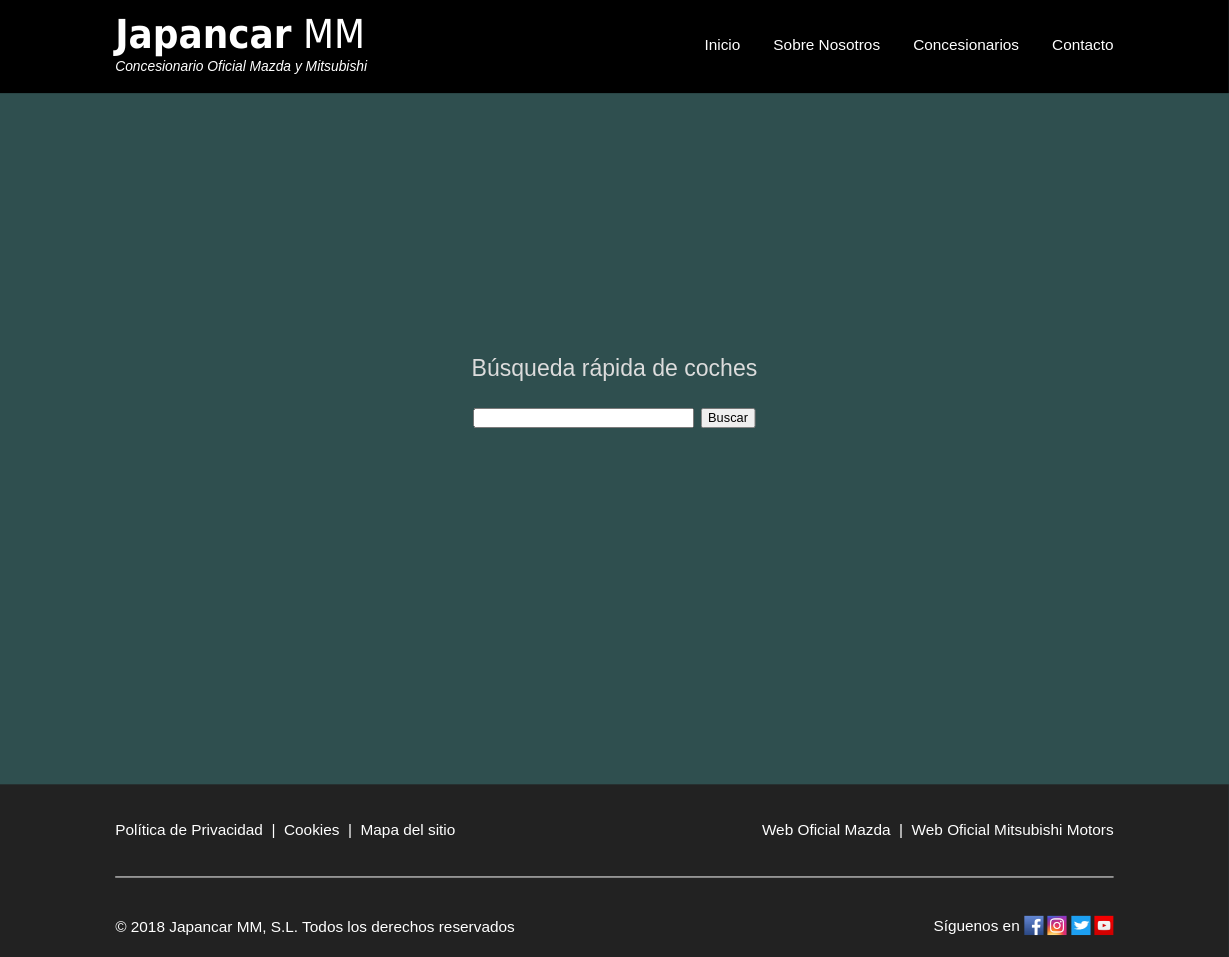
Repository: fjrm/Proyecto_1
Page: PruebaEE/WebContent/envioPost.html
These files come from the project's save history. The page is drawn as it stood at one moment and after the next save; the edit follows.
The browser window is 1280 px wide. The pictures show the whole page, at 96% of full size.
Some web libraries are served in a nearby version.

Above is the page before, as saved 2018-12-04 18:15:36.

### PruebaEE/WebContent/envioPost.html
<!DOCTYPE html>
<html lang="en">
<head>
	<meta charset="UTF-8">
	<meta name="description" content="Japancar MM, distribuidor oficial de Mazda y Mitsubishi en Barcelona">
	<meta name="keywords" content="Japancar MM, Mazda, Mitsubishi, Barcelona">
	<title>Japancar MM | Búsqueda rápida de coches</title>
	<link rel="stylesheet" href="css/reset.css">
	<link rel="stylesheet" href="css/style.css">
	<link rel="stylesheet" href="https://use.fontawesome.com/releases/v5.3.1/css/all.css" integrity="sha384-mzrmE5qonljUremFsqc01SB46JvROS7bZs3IO2EmfFsd15uHvIt+Y8vEf7N7fWAU" crossorigin="anonymous">
	<meta name="viewport" content="width=device-width, user-scalable=no, initial-scale=1.0, maximum-scale=1.0, minimum-scale=1.0">
	<style>
		main{
			color: #DCDCDC;
			font-size: 1.5em;
			text-align: center;
			padding-top: 275px;
      		padding-right: 0px;
      		padding-bottom: 275px;
      		padding-left: 0px;
		}

		.large{
			width: 230px;
		}

		body{
      		/*background-image: url(img/01.jpg);
      		background-repeat: no-repeat;
      		background-position: bottom;
      		background-size: 125% 100%;*/
      		background-color: #2F4F4F;
      	}
	</style>
</head>
<body>
	<div id="wrapper">
		<header>
			<div class="logo">
				<h1><span>Japancar</span> MM</h1>
				<p>Concesionario Oficial Mazda y Mitsubishi</p>
			</div>
			<nav>
				<ul>
					<li><a href="index.html">Inicio<hr></a></li>
					<li><a href="SobreNosostros.html">Sobre Nosotros<hr></a></li>
					<li><a href="Concesionarios.html">Concesionarios<hr></a></li>
					<li><a href="Contacto.html">Contacto<hr></a></li>
				</ul>
			</nav>
		</header>
		<main>
			Búsqueda rápida de coches
			<br/>
			<br/>
			<form name="formulario" action= "/PruebaEE/consultacochesservlet" method="post">
			<input type="text" name="user" value="libre" style="display:none"/>
			<!--Usuario<br/-->
		    <input type="password" name="password" value="libre" style="display:none"/>
		    <!--Contraseña<br/-->
			<input type="text" name="title" class="large"/>
			<input type="submit" name="validar" value="Buscar"/>
			</form>
			<br/>
			<br/>
			<br/>
			<br/>
		</main>
		<footer>
			<section>
				<div class="menu_footer1">
					<a href="Privacidad.html">Política de Privacidad</a> &nbsp|&nbsp <a href="Cookies.html">Cookies</a> &nbsp|&nbsp <a href="MapaDelSitio.html">Mapa del sitio</a>
				</div>
				<div class="menu_footer2">
					<a href="https://www.mazda.es/">Web Oficial Mazda</a> &nbsp|&nbsp <a href="https://www.mitsubishi-motors.es">Web Oficial Mitsubishi Motors</a>
				</div>
			</section>
			<div class="linea">
				<p class="copyright">&copy; 2018 Japancar MM, S.L. Todos los derechos reservados</p>
				<div class="redes">
					<p>Síguenos en</p>
					<ul>
						<li>
							<a href="https://es-es.facebook.com/"><img src="img/Facebook.jpg" alt="Facebook"></a>
						</li>
						<li>
							<a href="https://www.instagram.com/?hl=es"><img src="img/Instagram.jpg" alt="Instagram"></a>
						</li>
						<li>
							<a href="https://twitter.com/?lang=es"><img src="img/Twitter.jpg" alt="Twitter"></a>
						</li>
						<li>
							<a href="https://www.youtube.com/?gl=ES&hl=es"><img src="img/Youtube.jpg" alt="Youtube"></a>
						</li>
					</ul>
				</div>
			</div>
		</footer>
	</div>
</body>
</html>

### PruebaEE/WebContent/css/style.css
body{
	background-color: #FFFFFF;
	color: #000000;
	font-family: sans-serif;
	font-size: 1em;
}

*{
	box-sizing: border-box;
}

a{
	text-decoration: none;
	color: inherit;
}

#wrapper{
	margin: 0 auto;
	width: 100%;
}



/*HEADER*/

#wrapper>header{
	background-color: #000000;
	color: #FFFFFF;
	overflow: auto;
	padding-top: 15px;
	padding-right: 120px;
	padding-bottom: 15px;
	padding-left: 120px;
}

.logo{
	float: left;
}

.logo>h1{
	font-family: Tahoma;
	font-size: 2.6em;
	padding-top: 0px;
	padding-right: 0px;
	padding-bottom: 5px;
	padding-left: 0px;
}

.logo>h1>span{
	font-weight: bold;
}

.logo>p{
	font-style: italic;
	font-size: 0.9em;
}

nav{
	float: right;
}

nav ul li{
	display: inline-block;
}

nav ul li a{
	display: inline-block;
	color: #FFFFFF;
	text-align: right;
	transition: all 1s;
	vertical-align: middle;
	padding-top: 24px;
	padding-right: 0px;
	padding-bottom: 24px;
	padding-left: 30px;
}

nav ul li a hr{
	border: 0;
    border-bottom: 3px solid #A9A9A9;
    margin: 0 auto;
	transition: all 1s;
	width: 0;
}

nav ul li a:hover{
	color: #A9A9A9;
}

nav ul li a:hover hr{
  	width: 100%;
}




/*FOOTER*/

footer{
	background-color: #222222;
	color: #FFFFFF;
}

footer>section{
	overflow: auto;
}

.menu_footer1{
	float: left;
	padding-top: 40px;
	padding-right: 120px;
	padding-bottom: 40px;
	padding-left: 120px;
}

.menu_footer1>a:hover{
	color: #A9A9A9;
}

.menu_footer2{
	float: right;
	padding-top: 40px;
	padding-right: 120px;
	padding-bottom: 40px;
	padding-left: 0px;
}

.menu_footer2>a:hover:nth-of-type(1){
	color: #4682B4;
}

.menu_footer2>a:hover:nth-of-type(2){
	color: #B22222;
}

.linea{
	border-top: 1px solid #FFFFFF;
	overflow: auto;
	margin-right: 120px;
	margin-left: 120px;
	padding-top: 40px;
	padding-right: 0px;
	padding-bottom: 20px;
	padding-left: 0px;
}

.copyright{
	float: left;
	padding-top: 4px;
	padding-right: 0px;
	padding-bottom: 0px;
	padding-left: 0px;
}

.redes{
	float: right;
}

.redes>p{
	display: inline-block;
}

.redes>ul{
	display: inline-block;
}

.redes>ul>li{
	display: inline-block;
}

.redes>ul>li>a{
	display: inline-block;
	color: #FFFFFF;
	vertical-align: middle;
}

.redes>ul>li>a>img{
	height: 20px;
	width: 20px;
}

    @media only screen and (min-width: 315px) and (max-width: 1049px){

    /*HEADER*/

    #wrapper>header{
      padding-top: 15px;
      padding-right: 20px;
      padding-bottom: 15px;
      padding-left: 20px;
      max-width: 100%;
        margin: auto;
    }

    }

    @media only screen and (min-width: 315px) and (max-width: 718px){


    /*HEADER*/

    #wrapper>header{
      padding-top: 10px;
      padding-right: 10px;
      padding-bottom: 10px;
      padding-left: 10px;
    }

    .logo{
      float: none;
    }

    .logo>h1{
      font-size: 14.5vw;
      text-align: left;
    }

    .logo>p{
      font-size: 5vw;
      text-align: left;
    }

    nav{
      float: none;
      margin-top: 20px;
      margin-right: 0px;
      margin-bottom: 20px;
    }

    nav ul li{
      display: block;
    }

    nav ul li a{
      display: block;
      color: #A9A9A9;
      text-align: left;
      padding-top: 10px;
      padding-right: 0px;
      padding-bottom: 10px;
      padding-left: 0px;
    }



    /*FOOTER*/

    footer>section{
      overflow: initial;
    }

    .menu_footer1{
      float: none;
      font-size: 3.5vw;
      text-align: left;
      padding-top: 20px;
      padding-right: 10px;
      padding-bottom: 10px;
      padding-left: 10px;
    }

    .menu_footer2{
      float: none;
      font-size: 3.5vw;
      text-align: left;
      padding-top: 10px;
      padding-right: 10px;
      padding-bottom: 10px;
      padding-left: 10px;
    }

    .linea{
      overflow: initial;
      margin-right: 10px;
      margin-left: 10px;
      padding-top: 20px;
      padding-right: 0px;
      padding-bottom: 20px;
      padding-left: 0px;
    }

    .copyright{
      float: none;
      font-size: 3.5vw;
      text-align: left;
      padding-top: 4px;
      padding-right: 0px;
      padding-bottom: 0px;
      padding-left: 0px;
    }

    .redes{
      float: none;
      font-size: 3.5vw;
      text-align: left;
      padding-top: 20px;
      padding-right: 0px;
      padding-bottom: 0px;
      padding-left: 0px;
    }

    }

    @media only screen and (min-width: 719px) and (max-width: 845px){

    /*HEADER*/

    #wrapper>header{
      padding-top: 15px;
      padding-right: 20px;
      padding-bottom: 15px;
      padding-left: 20px;
    }

    nav ul li a{
      padding-top: 24px;
      padding-right: 0px;
      padding-bottom: 24px;
      padding-left: 10px;
    }



    /*FOOTER*/

    .menu_footer1{
      font-size: 0.9em;
      padding-top: 40px;
      padding-right: 20px;
      padding-bottom: 40px;
      padding-left: 20px;
    }

    .menu_footer2{
      font-size: 0.9em;
      padding-top: 40px;
      padding-right: 20px;
      padding-bottom: 40px;
      padding-left: 0px;
    }

    .linea{
      margin-right: 20px;
      margin-left: 20px;
      padding-top: 40px;
      padding-right: 0px;
      padding-bottom: 20px;
      padding-left: 0px;
    }

    .copyright{
      font-size: 0.9em;
    }

    .redes{
      font-size: 0.9em;
    }

    }

    @media only screen and (min-width: 846px) and (max-width: 1049px){

    /*HEADER*/

    #wrapper>header{
      padding-top: 15px;
      padding-right: 20px;
      padding-bottom: 15px;
      padding-left: 20px;
    }

    nav ul li a{
      padding-top: 24px;
      padding-right: 0px;
      padding-bottom: 24px;
      padding-left: 20px;
    }



    /*FOOTER*/

    .menu_footer1{
      padding-top: 40px;
      padding-right: 0px;
      padding-bottom: 40px;
      padding-left: 20px;
    }

    .menu_footer2{
      padding-top: 40px;
      padding-right: 20px;
      padding-bottom: 40px;
      padding-left: 0px;
    }

    .linea{
      margin-right: 20px;
      margin-left: 20px;
      padding-top: 40px;
      padding-right: 0px;
      padding-bottom: 20px;
      padding-left: 0px;
    }

    }

    @media only screen and (min-width: 1050px) and (max-width: 1295px){


    /*FOOTER*/

    .menu_footer1{
      padding-right: 0px;
    }

    }

Loaded but not shown: PruebaEE/WebContent/css/reset.css (common file)

After the next save:
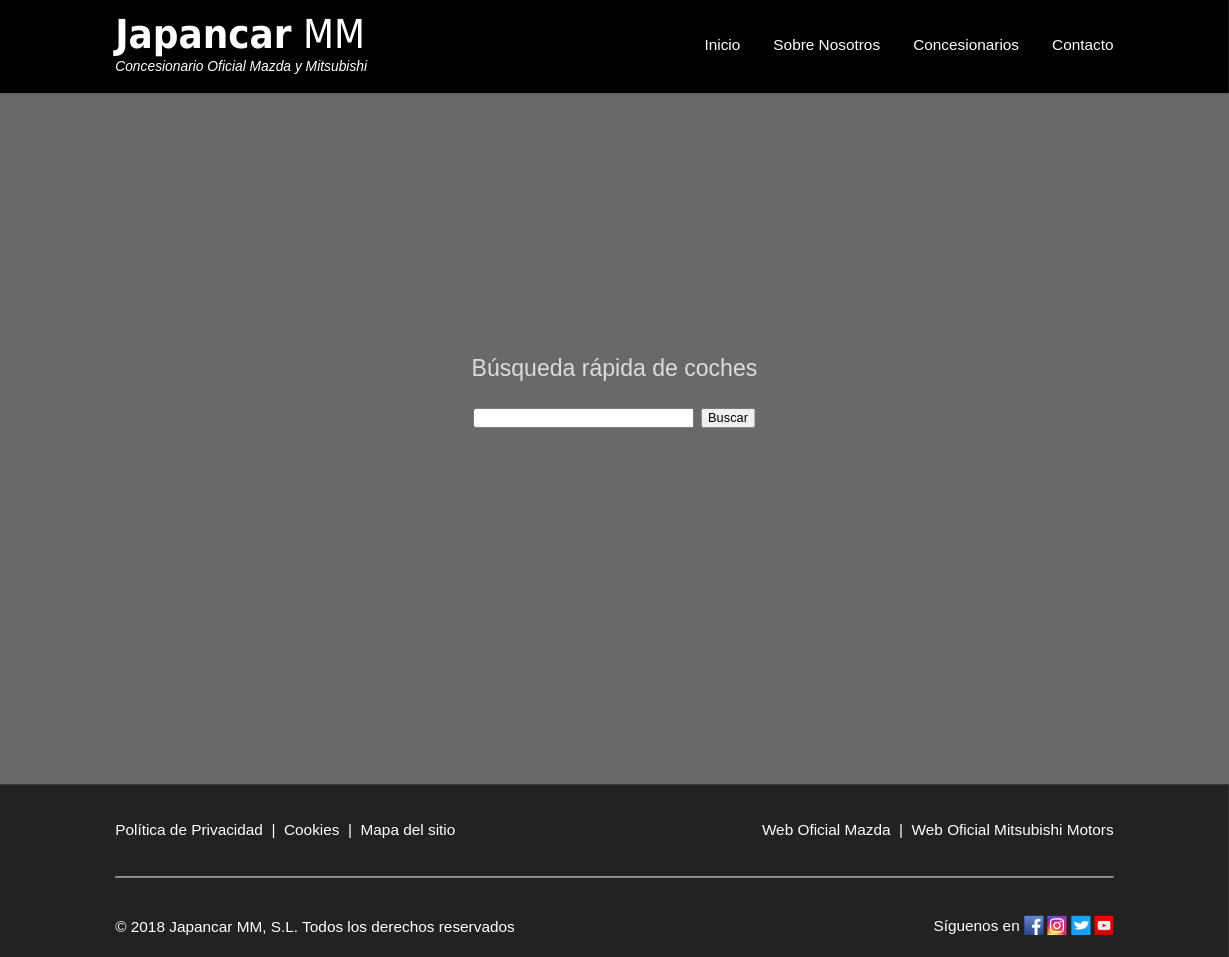
Saved 4 min 3 s later.
--- a/PruebaEE/WebContent/envioPost.html
+++ b/PruebaEE/WebContent/envioPost.html
@@ -29,7 +29,7 @@
       		background-repeat: no-repeat;
       		background-position: bottom;
       		background-size: 125% 100%;*/
-      		background-color: #2F4F4F;
+      		background-color: #696969;
       	}
 	</style>
 </head>
